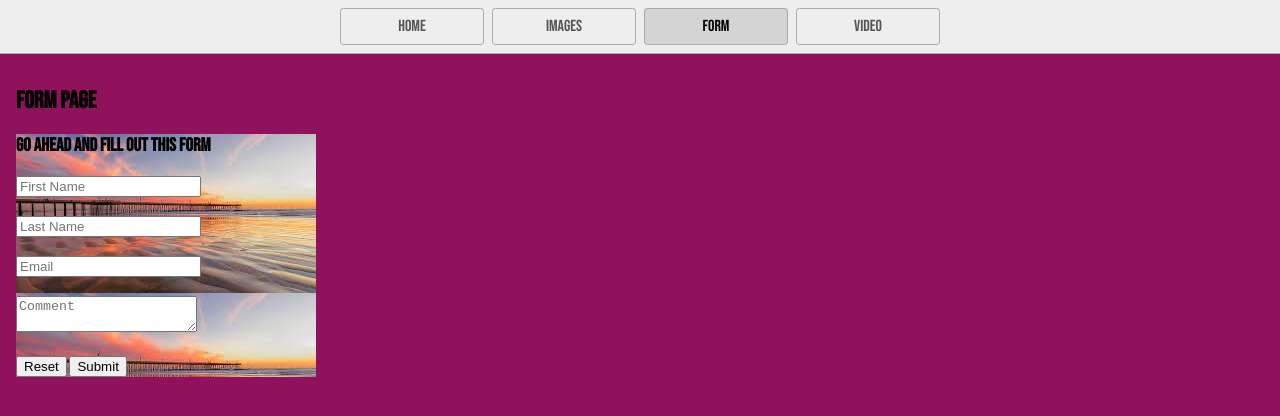
Repository: sebas6292/palmTree-Final
Page: Form.html
The author's editor kept a copy of each file at every save. The page is drawn from the files as they stood at one save, then again after the next save.
The browser window is 1280 px wide. The pictures show the whole page.

Above is the page before, as saved 2023-05-28 12:13:47.

After the next save:
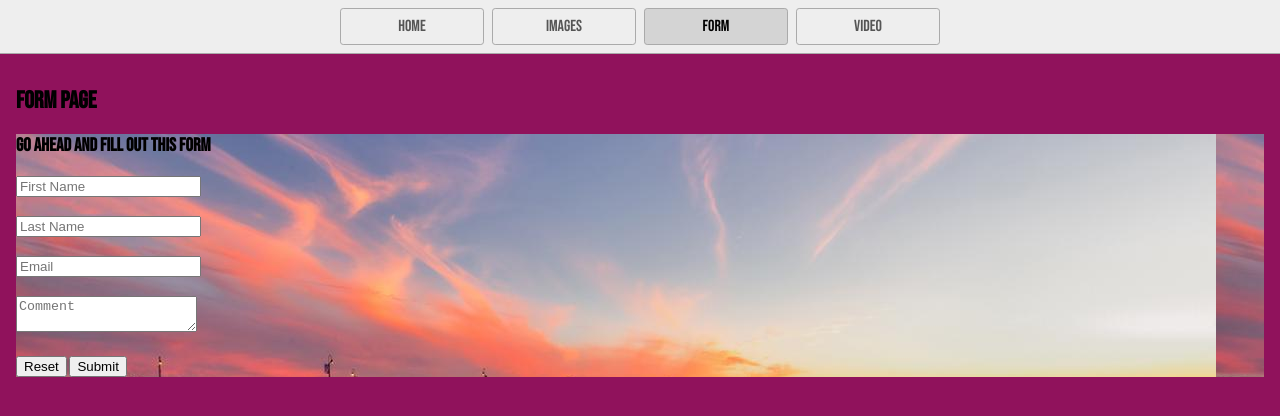
Saved 45 s later.
--- a/styles.css
+++ b/styles.css
@@ -57,8 +57,8 @@
   }
 
   .bg-img {
-    background-image: url('/Assets/pier.jpeg');
-    width: 300px;
+    background-image: url('/Assets/pier2.jpeg');
+
   }
 
   .btn:hover {
